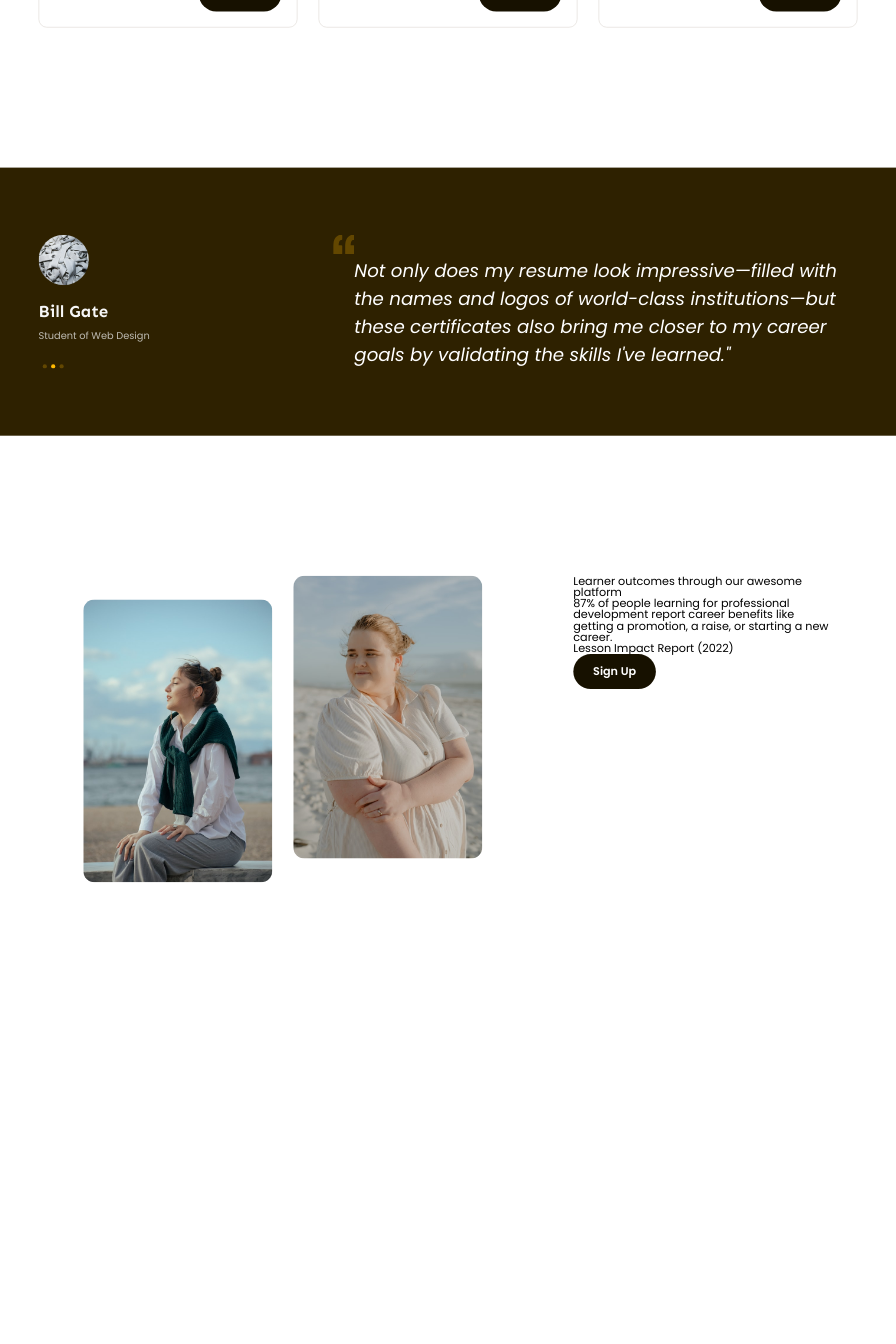
Repository: dovanlanh/f8-project-02
Page: index.html
These files come from the project's save history. The page is drawn as it stood at one moment and after the next save; the edit follows.
The browser window is 1280 px wide. The pictures show the part of the page from y = 1708 to 3628 px (the page is 10000 px tall), at 70% of full size.

Above is the page before, as saved 2023-02-10 08:56:45.

After the next save:
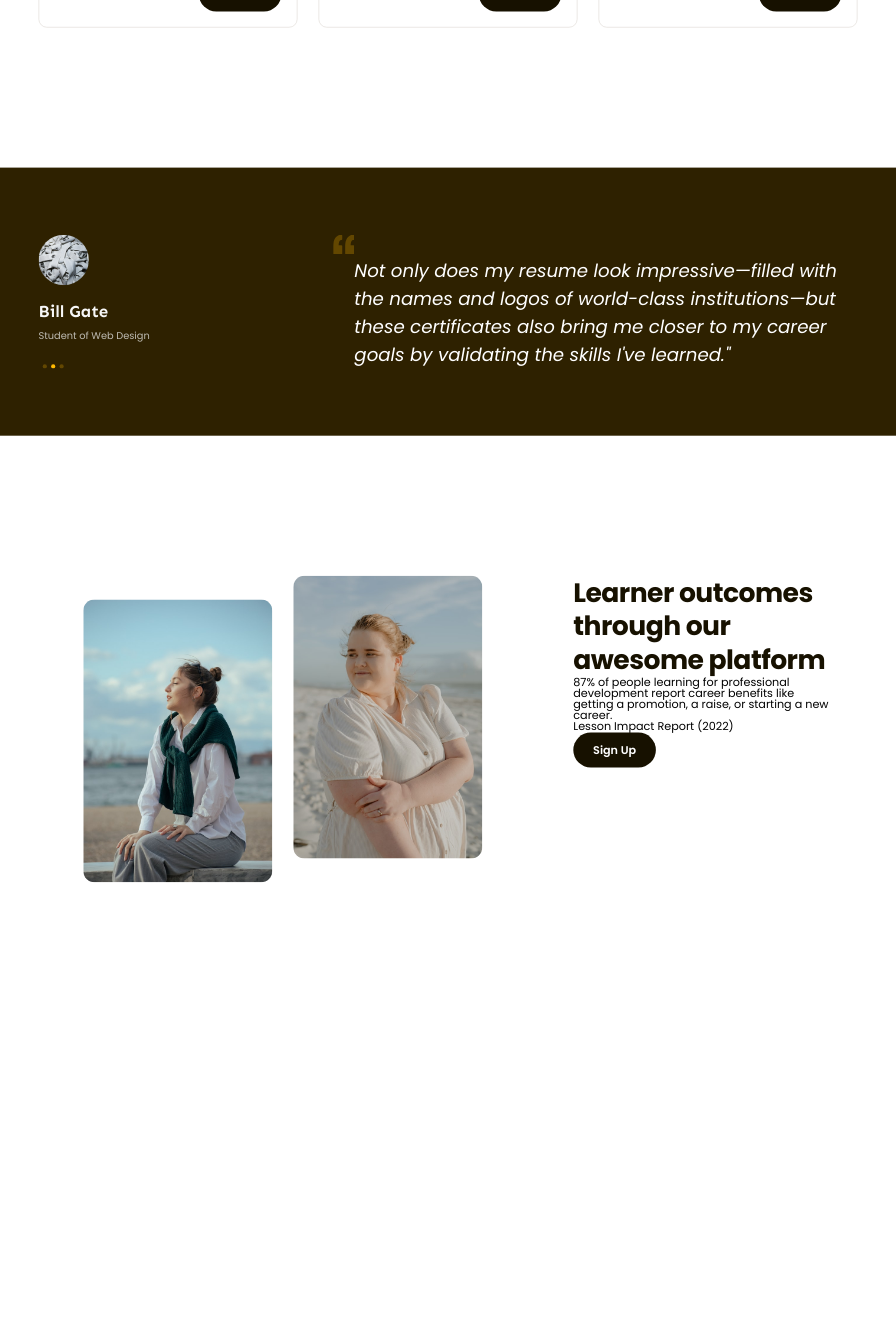
Saved 92 s later.
--- a/assets/css/styles.css
+++ b/assets/css/styles.css
@@ -457,3 +457,10 @@ a {
     width: 40%;
     margin-left: 130px;
 }
+.features .feature-heading {
+    font-weight: 700;
+    font-size: 3.8rem;
+    line-height: 1.26;
+    letter-spacing: -0.02em;
+    color: #171100;
+}
